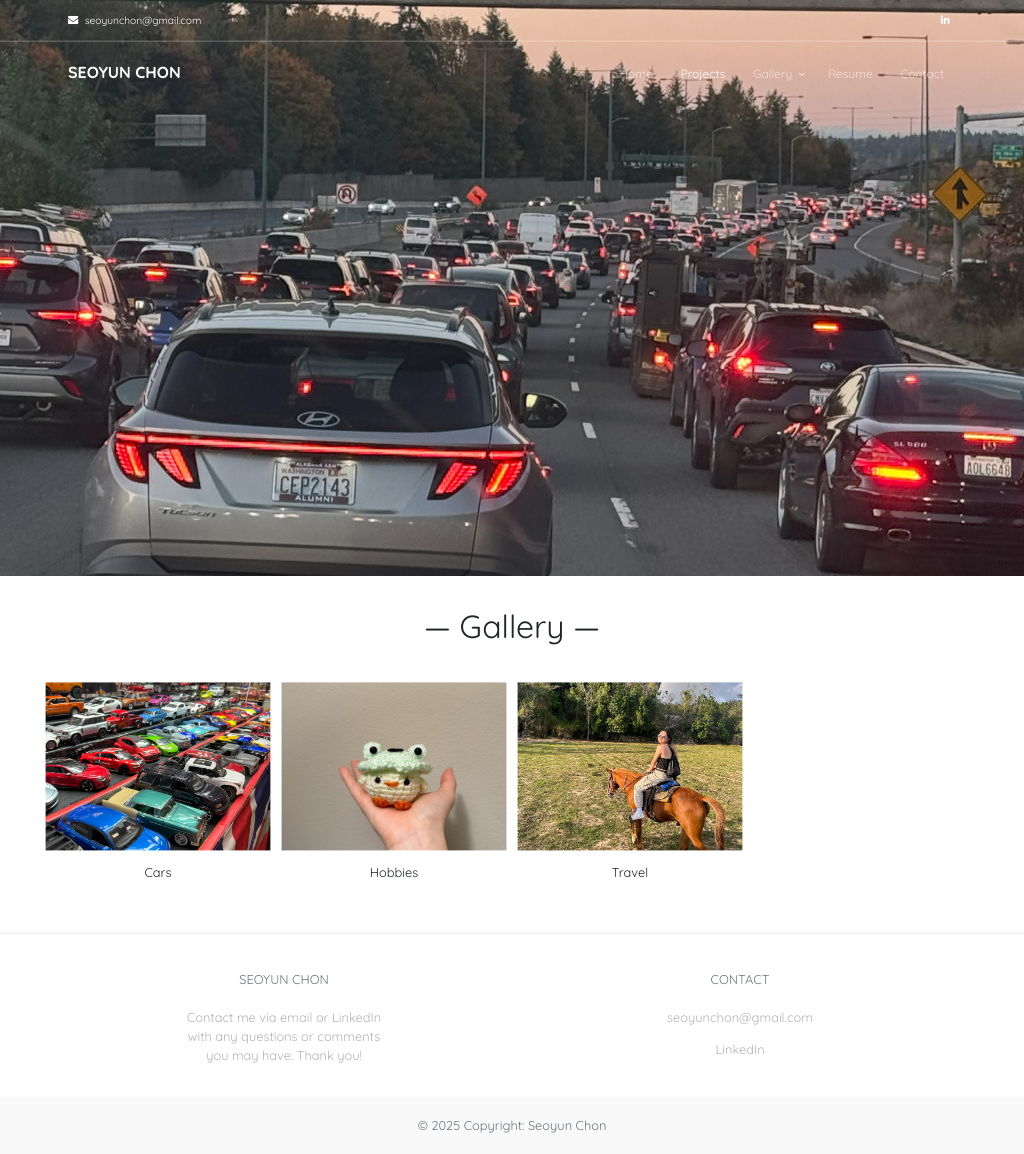
Repository: schon02/seoyun-chon-portfolio
Page: gallery_page.html
These files come from the project's save history. The page is drawn as it stood at one moment and after the next save; the edit follows.
The browser window is 1280 px wide. The pictures show the whole page, at 80% of full size.

Above is the page before, as saved 2025-02-27 05:33:23.

After the next save:
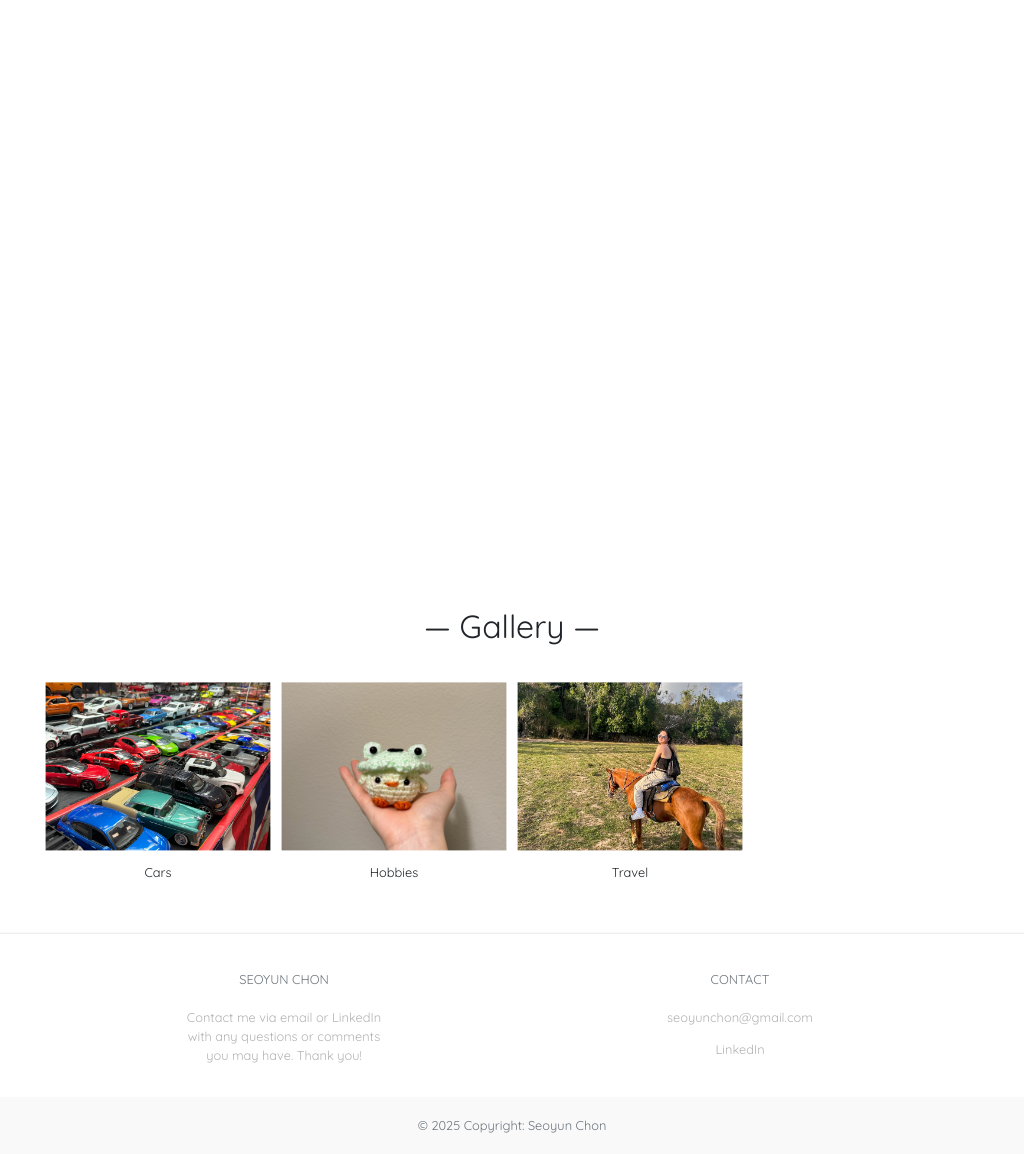
Not found: images/traffic2.jpg
Saved 81 s later.
--- a/gallery_page.html
+++ b/gallery_page.html
@@ -116,7 +116,7 @@
           </div>
 
 
-          <div class="hero" style="background-image: url('images/traffic.jpg');"></div>
+          <div class="hero" style="background-image: url('images/traffic2.jpg');"></div>
 
 
         <div class="text-center" style="padding-top: 1cm;">

After the 3 saves that followed:
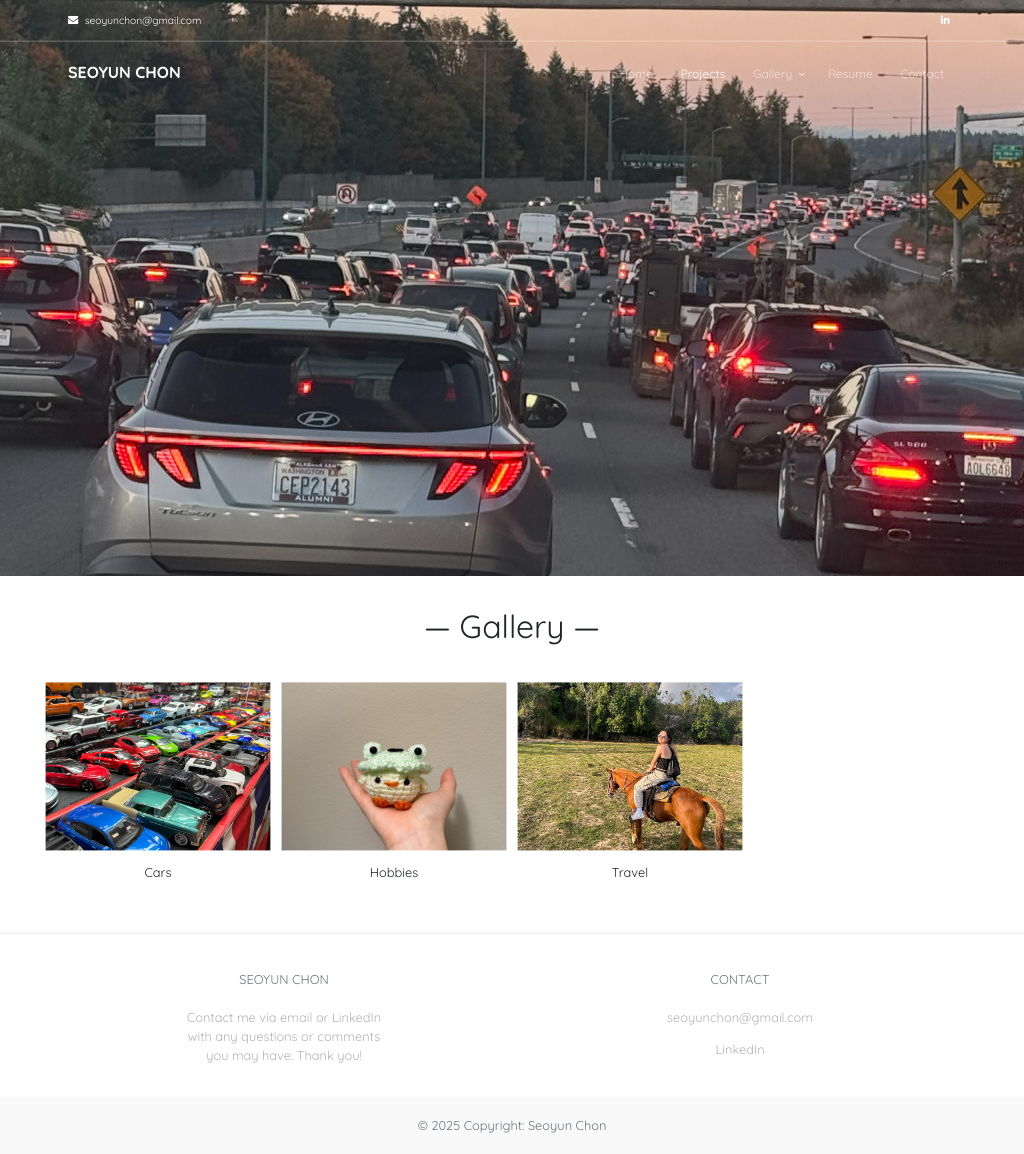
The 3 saves are shown as one change because 2 left the picture as it was.
The last was saved 2 min 47 s later.
--- a/gallery_page.html
+++ b/gallery_page.html
@@ -116,7 +116,7 @@
           </div>
 
 
-          <div class="hero" style="background-image: url('images/traffic2.jpg');"></div>
+          <div class="hero" style="background-image: url('images/traffic.jpg');"></div>
 
 
         <div class="text-center" style="padding-top: 1cm;">
